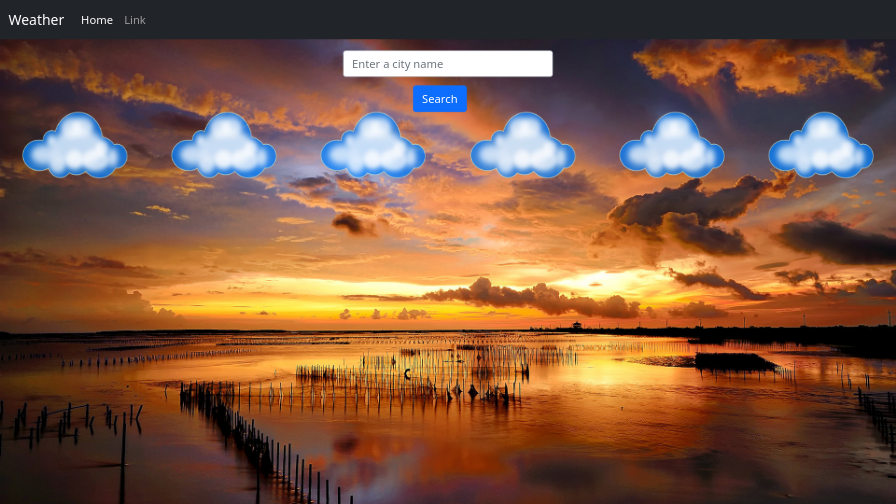
Repository: rohitbharti258/Project_Weather_finder
Page: index.html
These files come from the project's save history. The page is drawn as it stood at one moment and after the next save; the edit follows.
The browser window is 1280 px wide. The pictures show the part of the page from y = 0 to 1920 px (the page is 720 px tall before and 3114 px after), at 70% of full size.

Above is the page before, as saved 2022-02-28 13:00:25.

### index.html
<!DOCTYPE html>
<html lang="en">

<head>
    <meta charset="UTF-8">
    <meta http-equiv="X-UA-Compatible" content="IE=edge">
    <meta name="viewport" content="width=device-width, initial-scale=1.0">
    <title>Weather App</title>
    <link rel="stylesheet" href="style.css">
    <link href="https://cdn.jsdelivr.net/npm/bootstrap@5.1.3/dist/css/bootstrap.min.css" rel="stylesheet"
        integrity="sha384-1BmE4kWBq78iYhFldvKuhfTAU6auU8tT94WrHftjDbrCEXSU1oBoqyl2QvZ6jIW3" crossorigin="anonymous">
</head>

<body>
    <nav class="navbar navbar-expand-lg navbar-dark bg-dark">
        <div class="container-fluid">
            <a class="navbar-brand" href="#">Weather</a>
            <button class="navbar-toggler" type="button" data-bs-toggle="collapse"
                data-bs-target="#navbarSupportedContent" aria-controls="navbarSupportedContent" aria-expanded="false"
                aria-label="Toggle navigation">
                <span class="navbar-toggler-icon"></span>
            </button>
            <div class="collapse navbar-collapse" id="navbarSupportedContent">
                <ul class="navbar-nav me-auto mb-2 mb-lg-0">
                    <li class="nav-item">
                        <a class="nav-link active" aria-current="page" href="#">Home</a>
                    </li>
                    <li class="nav-item">
                        <a class="nav-link" href="#">Link</a>
                    </li>
                </ul>
            </div>
        </div>
    </nav>
    <div class="cloud">
        <img src="./cloud.png" alt="" srcset="">
        <img src="./cloud.png" alt="" srcset="">
        <img src="./cloud.png" alt="" srcset="">
        <img src="./cloud.png" alt="" srcset="">
        <img src="./cloud.png" alt="" srcset="">
        <img src="./cloud.png" alt="" srcset="">
    </div>
    <div class="container my-3">
        <div class="form">
        <!-- <form class="row g-3 ">  -->
            <div class="col-auto" style="width: 300px;">
                <input type="text" class="form-control" id="inputPassword2" placeholder="Enter a city name">
            </div>
            <div class="col-auto">
                <button type="submit" class="btn btn-primary mb-3">Search</button>
            </div>
        <!-- </form> -->
        </div>
    <!-- </div> -->
    <div class="weatherBox">

    </div>
    </div>
    <script src="index.js"></script>
    <!-- <script src="https://cdn.jsdelivr.net/npm/@popperjs/core@2.10.2/dist/umd/popper.min.js"
        integrity="sha384-7+zCNj/IqJ95wo16oMtfsKbZ9ccEh31eOz1HGyDuCQ6wgnyJNSYdrPa03rtR1zdB"
        crossorigin="anonymous"></script>
    <script src="https://cdn.jsdelivr.net/npm/bootstrap@5.1.3/dist/js/bootstrap.min.js"
        integrity="sha384-QJHtvGhmr9XOIpI6YVutG+2QOK9T+ZnN4kzFN1RtK3zEFEIsxhlmWl5/YESvpZ13"
        crossorigin="anonymous"></script>
    <script type="module" src="https://unpkg.com/ionicons@5.5.2/dist/ionicons/ionicons.esm.js"></script>
    <script nomodule src="https://unpkg.com/ionicons@5.5.2/dist/ionicons/ionicons.js"></script> -->
</body>

<!-- // <img src="https://img.icons8.com/color/48/000000/wet.png"/>
// <img src="https://img.icons8.com/color/48/000000/partly-cloudy-day--v1.png"/>
// <img src="https://img.icons8.com/color/48/000000/rain--v2.png"/>  -->


</html>

### style.css
body {
    /* background:linear-gradient(180deg,#5959b3 0%,skyBlue 100%); */
    background: url("./img/bgimg.jpg");
    /* background: url("https://cdn.wallpapersafari.com/43/51/iQEfDy.jpg"); */
    background-repeat: no-repeat;
    background-size: cover;
    width: 100vw;
    height: 100vh;
}

.form {
    width: 300px;
    margin: 0 auto;
}
.cloud{
    display: flex;
    justify-content: space-around;
    align-items: center;
    position: absolute;
    /* bottom:10px; */
    min-width:100%;
    animation: cloud 7s linear infinite;
}
@keyframes cloud {
    0%{
        bottom: 0px;
    }
    100%{
        bottom:90%;
    }
}
.cloud img{
    width:150px;
    height:100px;
}
.weatherBox {
    margin-left: 120px;
    width: 235px;
    height: 300px;
    margin: 0 auto;
    z-index: 1000;
}

.Box {
    display: flex;
    flex-direction: column;
    width: 100%;
    box-shadow: 0px 20px 20px rgba(255, 255, 255, 0.3);
    height: 100%;
    /* border:2px solid; */
    /* border-color: linear-gradient(red,blue); */
    border-radius: 10px;
}

.temp {
    margin-bottom: 15px;
    display: flex;
    justify-content: space-around;
    flex-direction: column;
    float: right;
    font-size: 13px;
    position: absolute;
    right: 40px;
    font-family: -apple-system, BlinkMacSystemFont, 'Segoe UI', Roboto, Oxygen, Ubuntu, Cantarell, 'Open Sans', 'Helvetica Neue', sans-serif;
}

.tempNow {
    text-align: center;
}

.minmax {
    display: flex;
    justify-content: center;
    /* display: none; */
}

.minmax :first-child {
    margin-right: 5px;
}

.cardBox {
    /* border: 2px solid red; */
    width: 100%;
    height: 100%;
    position: relative;
    display: flex;
    justify-content: center;
    align-items: center;
    z-index: 10;
    background: linear-gradient( 135deg, #2196f3, #00bcd4);
    /* border-radius: 20px; */
    /* border-bottom: 2px solid red; */
}

.content {
    width: 100%;
    height: 170px;
    /* border: 1px solid green; */
    /* border: 1px solid #009688; */
    /* border-radius: 20px; */
    border-top: none;
    padding: 30px;
    position: relative;
    backdrop-filter: blur(10px);
    background: linear-gradient( 45deg, black, transparent);
}


/* .content::before{
    content: "";
    position: absolute;
    top: -15px;
    width: 16px;
    left: -1px;
    z-index: 1;
    background: linear-gradient(45deg,black,transparent);
        backdrop-filter:blur(10px);
    height: 16px; */


/* } */


/* .content::after{
    content: "";
    position: absolute;
    top: -12px;
    width: 1px;
    right: -1px; background:#009688;
    height: 10px;
} */

.location {
    display: flex;
    justify-content: space-between;
}

.weather {
    display: flex;
    justify-content: space-between;
}

img {
    width: 22px;
    height: 22px;
}

span p {
    text-align: center;
}

.cardinfo {
    width: 350px;
    display: flex;
}

.date {
    position: absolute;
    top: 0;
    right: 10px;
}

.name {
    position: absolute;
    top: 0;
    left: 10px;
}

.cloudinfo img {
    width: 68px;
    height: 68px;
}

.cloudinfo p {
    font-size: 13px;
    color: rgb(15, 7, 7);
    text-align: center;
}

.content span {
    text-align: center;
}

span p {
    font-size: 10px;
    color: white;
    text-align: center;
    display: flex;
    flex-direction: column;
    align-items: center;
    margin: 0;
}

.form :nth-child(2) {
    margin: 12px auto;
    width: 100px;
}

### index.js
console.log("Weather app")
const btn = document.querySelector(".btn");
const input = document.querySelector(".form-control");
const api = "51d41d6f1c399b2abc7a3fcbfbb057c7";
const weatherBox = document.querySelector(".weatherBox")
let city = "";
const arr = ["Jan", "Feb", "Mar", "Apr", "May", "Jun", "Jul", "Aug", "Sep", "Oct", "Nov", "Dec"];
btn.addEventListener("click", (e) => {
    console.log(e);
    e.preventDefault();
    let str2 = ""
    city = input.value;
    console.log(city)
    input.value = ""
    const xhr = new XMLHttpRequest();
    xhr.open("GET", `https://api.openweathermap.org/data/2.5/weather?q=${city}&appid=${api}`, true);

    xhr.onload = function() {
        let obj = JSON.parse(this.responseText);
        console.log(obj.cod)
        if (obj.cod === 429) {
            str2 += obj.message;
            weatherBox.innerHTML = str2;
        } else
        if (this.status == 200) {

            let ob = [];
            // console.log(ob.push(...obj))/
            let cardbox = document.querySelector(".cardBox");
            let content = document.querySelector(".content")
            str = "";
            str2 = "";
            let sunrise = displayEndtime(obj.sys.sunrise);
            let sunset = displayEndtime(obj.sys.sunset);
            let date = displayDay();
            let c = `&#8451`;
            if (obj.cod == "404") {

            } else {
                str += `
            <div class="Box">
                <div class="cardBox">
                    <div class="cloudinfo">
                      <img src=${"./img/"}${obj.weather[0].main}${".png"}>
                      <p>${obj.weather[0].main}${" | "}${"Feels like "}${(obj.main.feels_like-273).toFixed(0)}${c}</p>
                    </div>
                    <div class="name">
                       <span>${obj.name}${" ,"}${obj.sys.country}</span>
                    </div>
                    <div class="date">
                       <p>${date}</p>
                    </div>
                    <div class="temp">
                        <span class="tempNow">${(obj.main.temp -273.15).toFixed(0)}${c}</span>
                        <div class="minmax">
                           <span class="mintemp">${(obj.main.temp_min-273.15).toFixed(0)}${c}</span>
                           <span class="maxtemp">${(obj.main.temp_max-273.15).toFixed(0)}${c}</span>
                        </div>
                    </div>
                </div>
                <div class="content">
                    <div class="weather">
                        <span class="humidity"><img src="./img/blur.png"/>
                           <p>${obj.main.humidity}${"%"}</p>
                           <p>Humidity</p>
                        </span>
                        <span class="wind"><img src="./img/wind.png"/>
                           <p>${obj.wind.speed}${"m/s"}</p>
                           <p>Wind</p>
                        </span>
                        <span class="sunrise"> <img src="./img/sunrise.png"/>
                           <p>${sunrise}</p>
                           <p>Sunrise</p>
                        </span>
                    </div>
                    <div class="location">
                        <span class="lat">  <img src="./img/latitude.png"/>
                          <p>${obj.coord.lat.toFixed(2)}</p>
                          <p>Latitude</p>
                        </span>
                        <span class="lon"> <img src="./img/longitude.png"/>
                          <p>${obj.coord.lon.toFixed(2)}</p><p>Longitude</p></span>
                        <span class="sunrise"><img src="./img/sunset.png"/>
                          <p>${sunset}</p>
                          <p>Sunset</p>
                        </span>
                    </div>
                </div>
            </div>`;
                weatherBox.innerHTML = str;
                // console.log(str);
            }
        } else {
            console.log("error");
            str2 += "City not found";
            weatherBox.innerHTML = str2;
        }
    }
    xhr.send();
});

function displayEndtime(tstamp) {
    const end = new Date(tstamp);

    const hour = end.getHours();
    const min = end.getMinutes();
    const dis = `${hour > 12 ? hour - 12 : hour}:${min < 10 ? "0" : ""}${min}`;
    return dis;
}

function displayDay() {
    const end = new Date();

    const date = end.getDate();
    const mon = end.getMonth();
    const dis = `${arr[mon]}${","}${date}`;
    return dis;
}

After the next save:
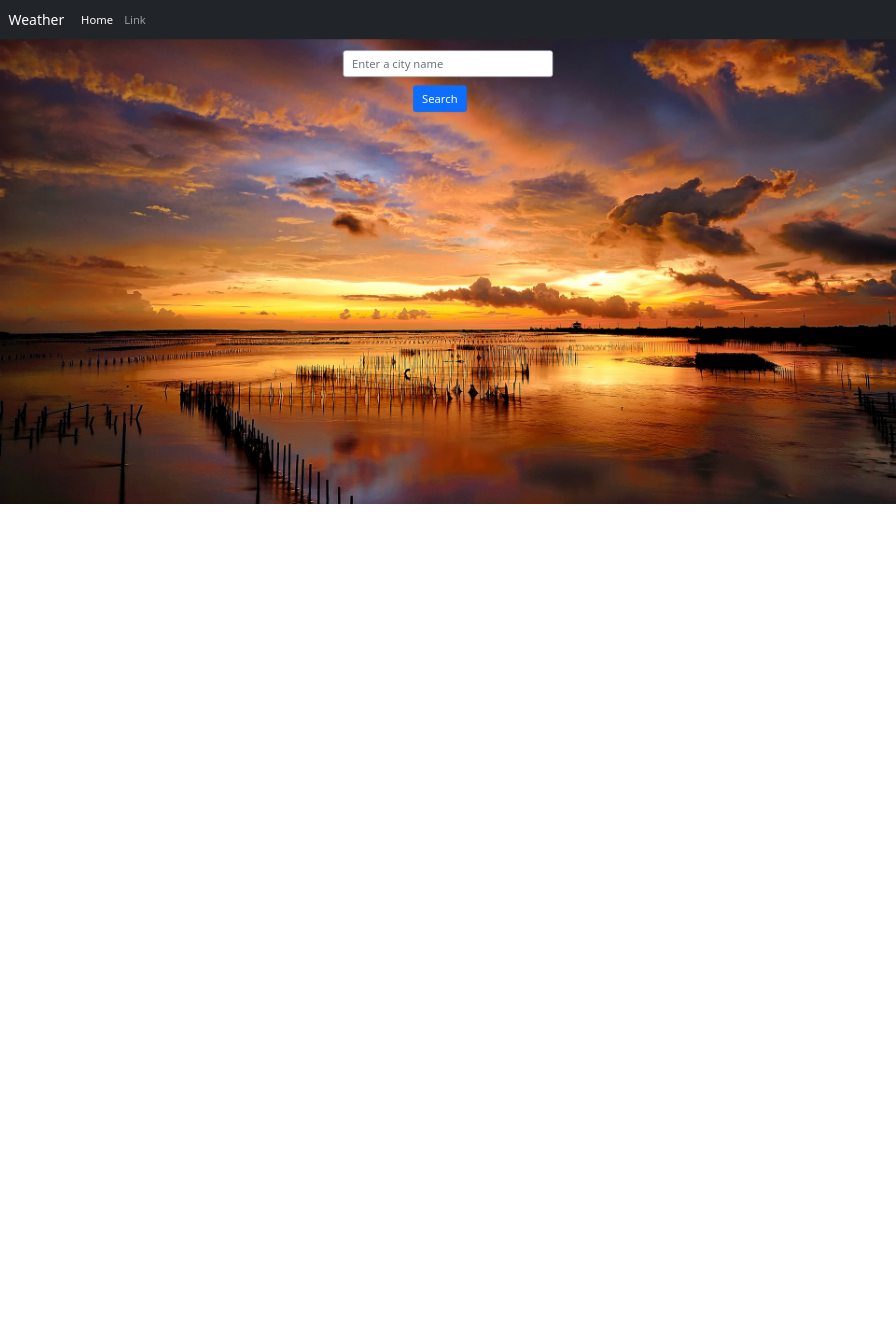
Saved 7 s later.
--- a/style.css
+++ b/style.css
@@ -23,7 +23,7 @@ body {
 }
 @keyframes cloud {
     0%{
-        bottom: 0px;
+        bottom: -10000px;
     }
     100%{
         bottom:90%;
